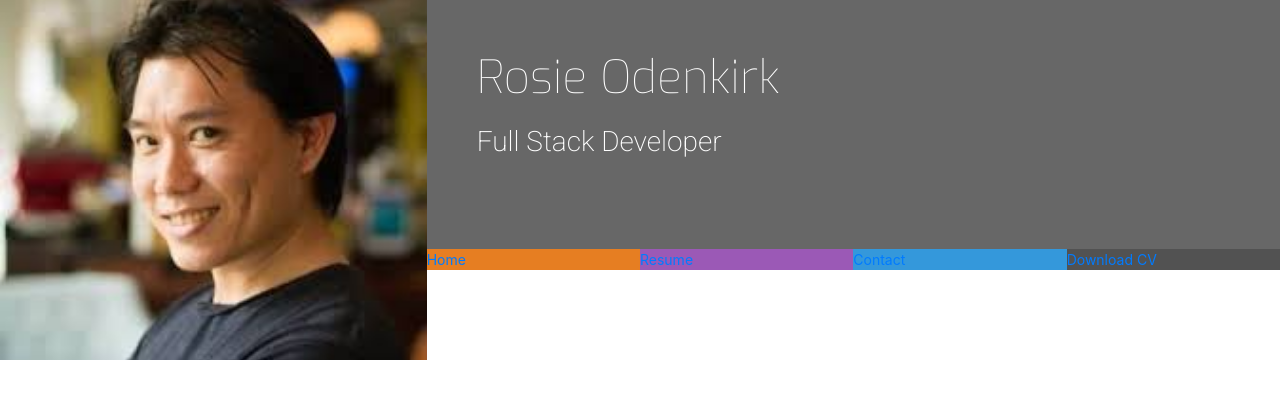
Repository: Scuzeme/codeinstitue-resume-project
Page: index.html
The author's editor kept a record of every edit. The page is drawn from the files as they stood at one moment, then again after the next edit.
The browser window is 1280 px wide. The pictures show the whole page.
Some web libraries are served in a nearby version.

Above is the page before.

After the next edit:
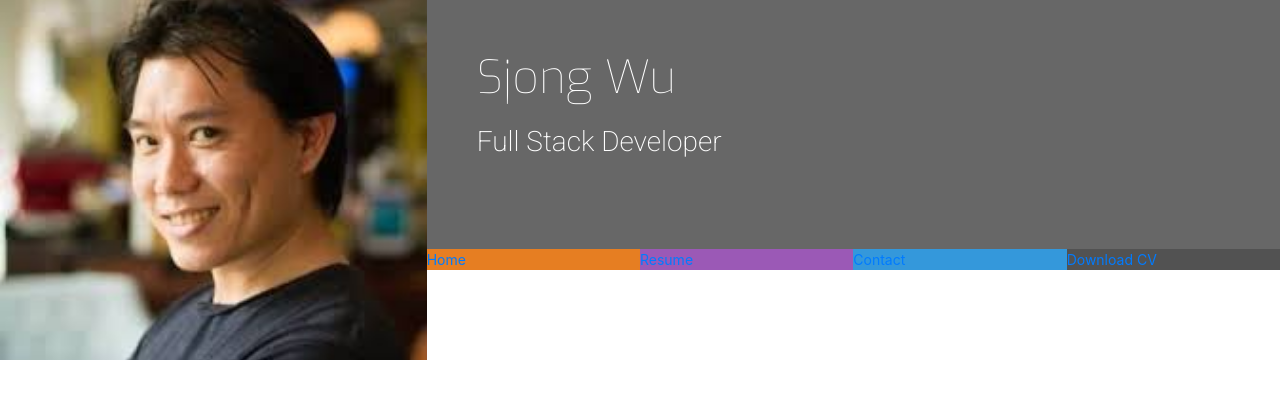
The edit:
--- a/index.html
+++ b/index.html
@@ -16,7 +16,7 @@
             <div class="col-md-8">
                 <div class="row no-gutters bg-color-name-title">
                     <div class="col heading">
-                        <h1 class="name">Rosie Odenkirk</h1>
+                        <h1 class="name">Sjong Wu</h1>
                         <h2 class="title"> Full Stack Developer</h2>
                     </div>
                 </div>
